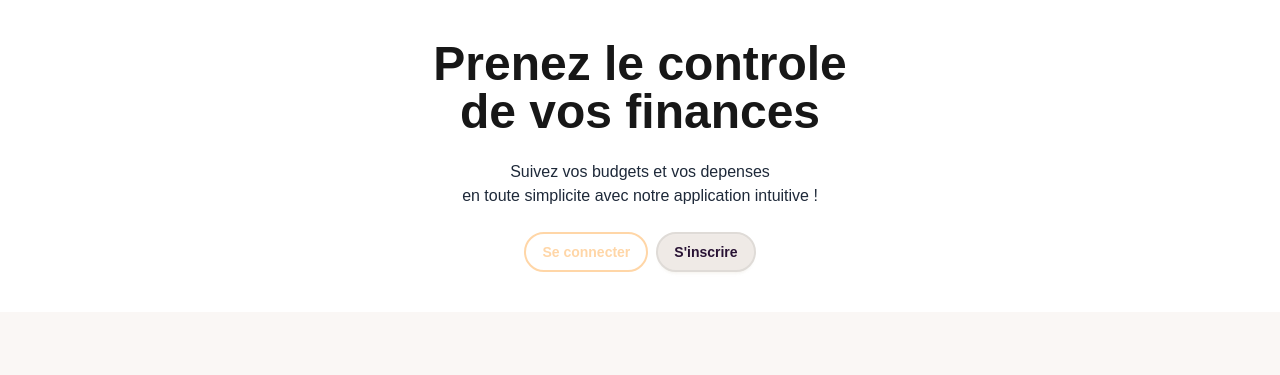
Repository: gitPaved/etrack-v1
Page: /
An editor plug-in stored every save of this project. The page is shown before and after the next save, followed by the edit.
The browser window is 1280 px wide. The pictures show the whole page.
The page's requests for data from a server got no answer. The project was rebuilt for these pictures with package versions that can differ from the ones it lists, and the page was loaded fresh each time. Some packages were replaced by stand-ins written for this rebuild. The framework's server and built-in components were replaced by stand-ins that run in the browser. No one was signed in, and anything a server would have sent is missing. Also part of the build but not shown: next.config.ts.

Above is the page before, as saved 2025-03-03 17:03:42.

### app/layout.tsx
import type { Metadata } from "next";
import { Geist, Geist_Mono } from "next/font/google";
import {
  ClerkProvider,
  SignInButton,
  SignUpButton,
  SignedIn,
  SignedOut,
  UserButton,
} from '@clerk/nextjs'
import "./globals.css";

const geistSans = Geist({
  variable: "--font-geist-sans",
  subsets: ["latin"],
});

const geistMono = Geist_Mono({
  variable: "--font-geist-mono",
  subsets: ["latin"],
});

export const metadata: Metadata = {
  title: "Create Next App",
  description: "Generated by create next app",
};

export default function RootLayout({
  children,
}: Readonly<{
  children: React.ReactNode;
}>) {
  return (
    <ClerkProvider>
      <html lang="en" data-theme="cupcake">
        <body className={`${geistSans.variable} ${geistMono.variable} antialiased`}>
          {children}
        </body>
      </html>
    </ClerkProvider>
  );
}

### app/page.tsx
import Image from "next/image";
import Link from "next/link";

export default function Home() {
  return (
    <div className="flex items-center justify-between flex-col py-10 w-full">
      <div>
        <div className="flex flex-col">
          <h1 className="text-4xl md:text-5xl font-bold text-center">
            Prenez le controle <br /> de vos finances
          </h1>
          <p className="py-6 text-gray-800 text-center">
            Suivez vos budgets et vos depenses <br /> en toute simplicite avec notre application intuitive !
          </p>
          <div className="flex justify-center items-center">
            <Link href={"/sign-in"} className="btn btn-sm md:btn-md btn-outline btn-accent">Se connecter</Link>
            <Link href={"/sign-up"} className="btn btn-sm md:btn-md ml-2">S'inscrire </Link>

          </div>
        </div>
      </div>
    </div>
  );
}

### app/globals.css
@import "tailwindcss";
@plugin "daisyui" {
  themes: light --default, dark --prefersdark, cupcake;
}

@theme {
  --font-sans: var(--font-geist-sans);
  --font-mono: var(--font-geist-mono);
}

:root {
  --background: #ffffff;
  --foreground: #171717;
}

@media (prefers-color-scheme: dark) {
  :root {
    --background: #0a0a0a;
    --foreground: #ededed;
  }
}

body {
  color: var(--foreground);
  background: var(--background);
  font-family: Arial, Helvetica, sans-serif;
}

After the next save:
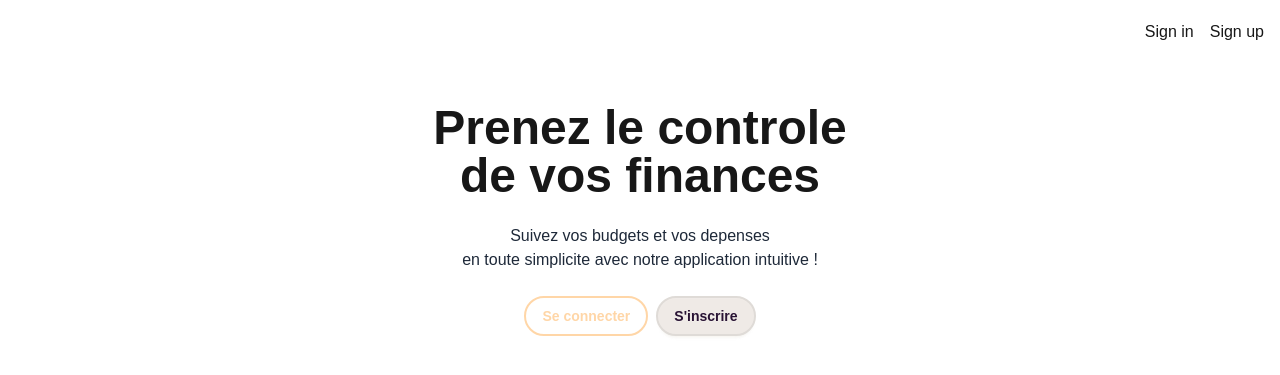
Saved 93 s later.
--- a/app/layout.tsx
+++ b/app/layout.tsx
@@ -34,6 +34,15 @@
     <ClerkProvider>
       <html lang="en" data-theme="cupcake">
         <body className={`${geistSans.variable} ${geistMono.variable} antialiased`}>
+          <header className="flex justify-end items-center p-4 gap-4 h-16">
+            <SignedOut>
+              <SignInButton />
+              <SignUpButton />
+            </SignedOut>
+            <SignedIn>
+              <UserButton />
+            </SignedIn>
+          </header>
           {children}
         </body>
       </html>

After the save that followed:
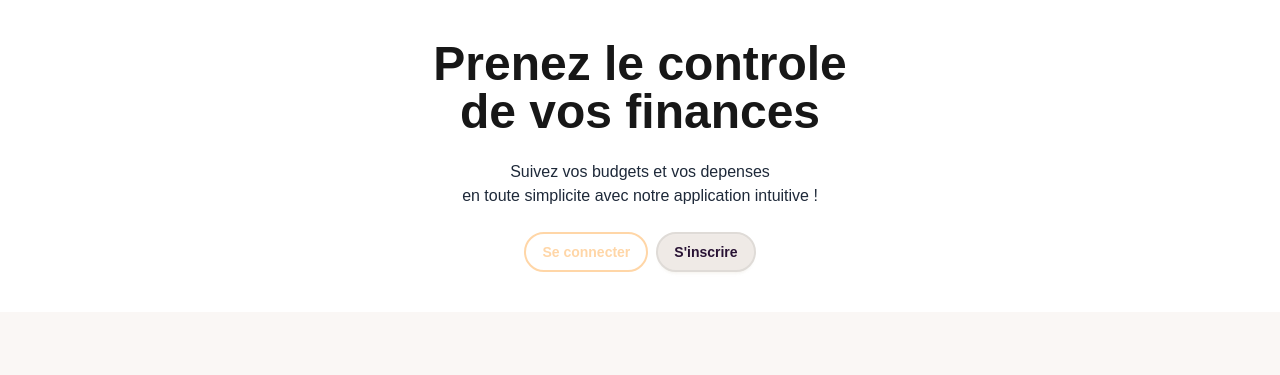
Saved 15 s later.
--- a/app/layout.tsx
+++ b/app/layout.tsx
@@ -34,15 +34,6 @@
     <ClerkProvider>
       <html lang="en" data-theme="cupcake">
         <body className={`${geistSans.variable} ${geistMono.variable} antialiased`}>
-          <header className="flex justify-end items-center p-4 gap-4 h-16">
-            <SignedOut>
-              <SignInButton />
-              <SignUpButton />
-            </SignedOut>
-            <SignedIn>
-              <UserButton />
-            </SignedIn>
-          </header>
           {children}
         </body>
       </html>
